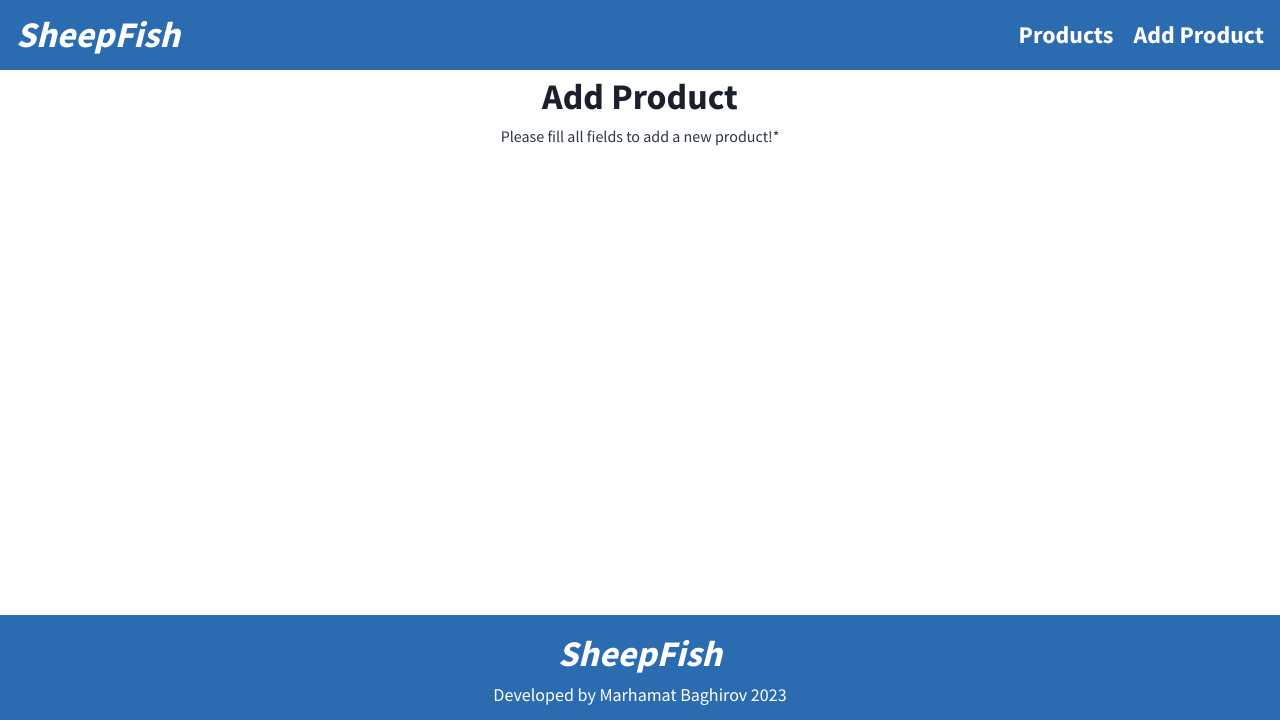
Repository: Marhamat92/sheep-fish-task
Page: /products/add
The author's editor kept a copy of each file at every save. The page is drawn from the files as they stood at one save, then again after the next save.
The browser window is 1280 px wide. The pictures show the whole page.
The project was rebuilt for these pictures with package versions that can differ from the ones it lists, and the page was loaded fresh each time. Also part of the build but not shown: src/App.css, src/components/SearchField.tsx, src/components/ListTable.tsx, src/pages/Products/ProductList.tsx.

Above is the page before, as saved 2023-03-28 19:39:53.

After the next save:
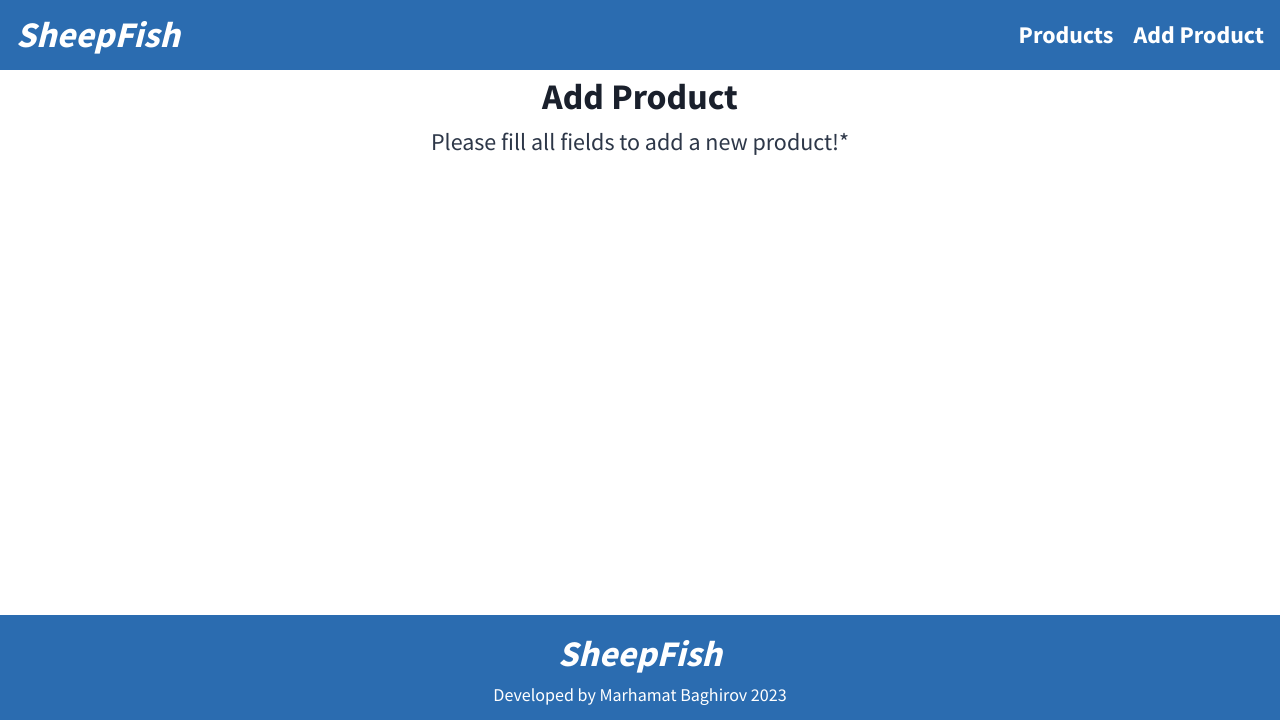
Saved 12 s later.
--- a/src/pages/Products/AddProduct.tsx
+++ b/src/pages/Products/AddProduct.tsx
@@ -7,7 +7,7 @@
     <div>
       <div className='flex flex-col items-center justify-center '>
         <h1 className='text-4xl font-bold text-textPrimary'>Add Product</h1>
-        <p className='text-textSecondary'>
+        <p className='text-textSecondary text-2xl'>
           Please fill all fields to add a new product!*
         </p>
       </div>
